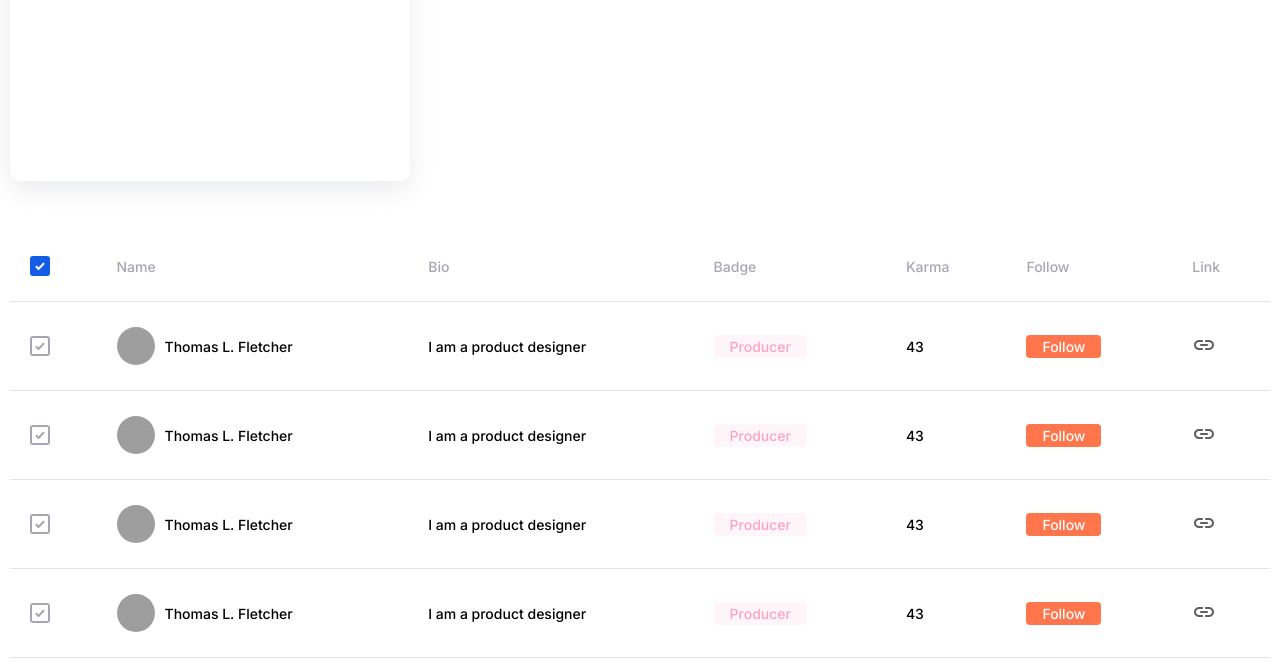
Repository: anhphapap/CSS
Page: test.html
An editor plug-in stored every save of this project. The page is shown before and after a run of saves, followed by the edit.
The browser window is 1280 px wide. The pictures show the part of the page from y = 642 to 1310 px (the page is 1310 px tall).
Pictures or frames that could not be fetched are drawn as grey boxes. A picture or video elsewhere on the page could not be fetched, so the positions and the page height are approximate.

Above is the page before, as saved 2023-04-09 19:43:17.

After the next 5 saves:
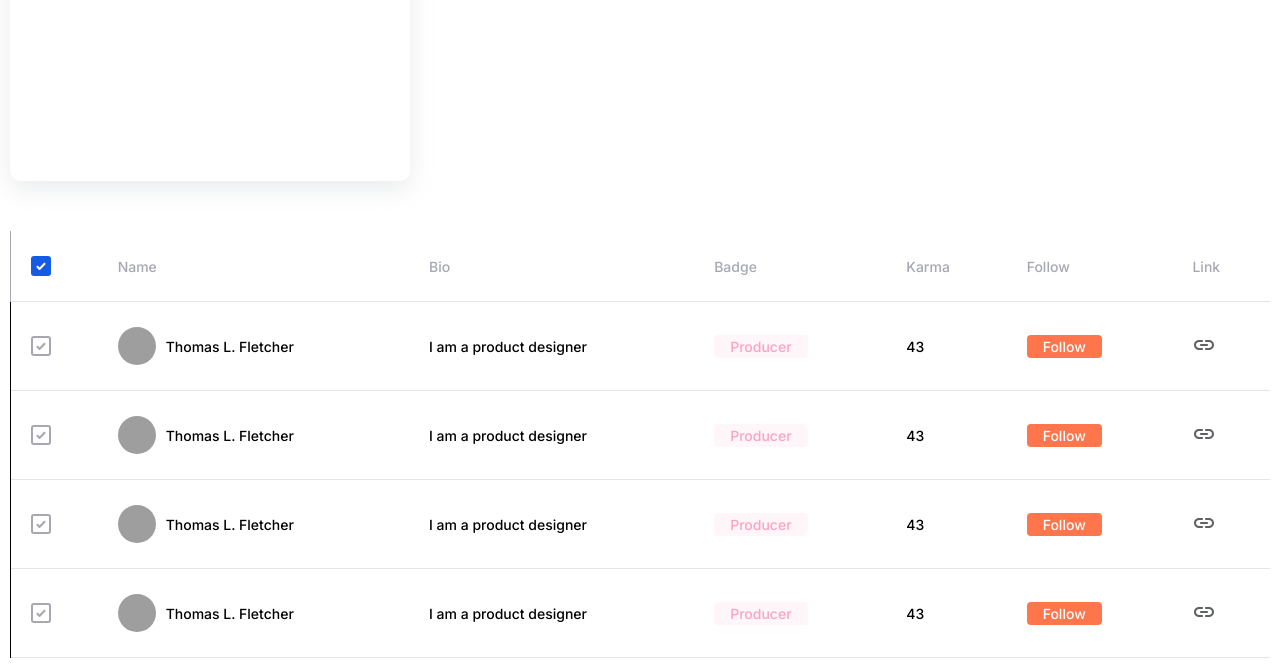
The 5 saves are shown as one change because they came seconds apart.
The last was saved 23 s later.
--- a/CSS/test.css
+++ b/CSS/test.css
@@ -287,6 +287,7 @@ table tbody td:first-child{
     top: 0;
     left: 0;
     background-color: white;
+    border-left: 1px solid;
 }
 
 th{
